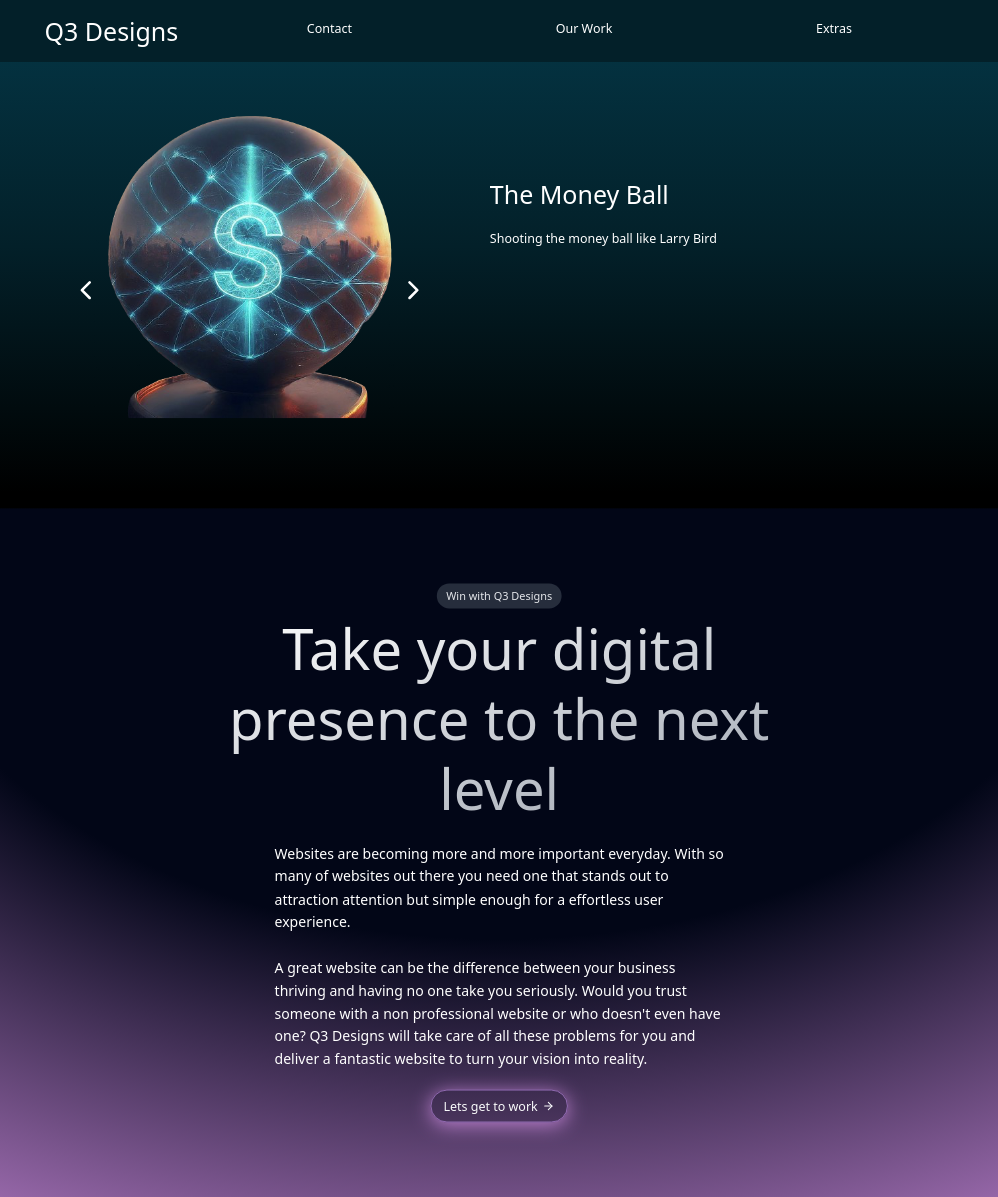
Repository: TMuse333/q3-desings2
Page: /
An editor plug-in stored every save of this project. The page is shown before and after the next save, followed by the edit.
The browser window is 1280 px wide. The pictures show the whole page, at 78% of full size.
The project was rebuilt for these pictures with package versions that can differ from the ones it lists, and the page was loaded fresh each time. Also part of the build but not shown: vite.config.ts, src/components/contact/contact.tsx.

Above is the page before, as saved 2024-05-17 18:47:37.

### src/main.tsx
import React from 'react'
import ReactDOM from 'react-dom/client'
import App from './App.js'
import './index.css'
import {ContextProvider} from './context/context'
import { BrowserRouter } from 'react-router-dom';
ReactDOM.createRoot(document.getElementById('root')!).render(
  <ContextProvider>
  <React.StrictMode>
    <BrowserRouter>
    <App />
    </BrowserRouter>
  </React.StrictMode>
  </ContextProvider>,
)

### src/App.tsx


import './App.css'

import Homepage from './components/homepage/homepage'
import {Route, Routes} from 'react-router-dom'
import Contact from './components/contact/contact'
function App() {


  return (
    <>
    <Routes>
      <Route path='/' element={<Homepage/>}/>
      <Route path='contact' element={<Contact/>}/>
    </Routes>

    </>
  )
}

export default App

### src/index.css
@tailwind base;
@tailwind components;
@tailwind utilities;

#root{
    background-color: black;
    height:100vh;
}

body{
    background-color: black;
}

button{
    padding:0.5rem 2rem;
    background-color: black;
    color:white;
    border-radius: 1rem;
}

h1{
    color:white;
    font-size: 2rem;
}

p{
    color:white;
    /* font-size: 1.5rem; */
}

button{
    background-color: #00769e;
}

.glow {
    box-shadow: 0 0 20px 5px #3e7384;
    box-shadow: 0 0 20px 5px #003647;
box-shadow: 0 0 20px 5px rgba(2, 148, 245, 0.5);
transition: box-shadow 0.3s ease-in, background-color 0.3s ease-in;
}

.glow:hover{
    box-shadow: 0 0 40px 5px rgba(2, 148, 245, 0.5);
    transition: box-shadow 0.3s ease-in, background-color 0.3s ease-in;
}

### src/context/context.tsx
import React, { createContext, useState, useContext, ReactNode, useEffect } from 'react';

// Define the type for the context value
interface GeneralContextType {
  textYPosition: number;
  setTextYPosition: React.Dispatch<React.SetStateAction<number>>;
  isMobile: boolean;
  setIsMobile: React.Dispatch<React.SetStateAction<boolean>>;
  setSecondCircleComplete:React.Dispatch<React.SetStateAction<boolean[]>>;
  secondCircleComplete: boolean[];
  isMobile2: boolean;
  setIsMobile2: React.Dispatch<React.SetStateAction<boolean>>;
  handleCircleComplete: (index: number, value: boolean) => void;
}

// Create the context
export const GeneralContext = createContext<GeneralContextType | undefined>(undefined);

// Create a provider component
export const ContextProvider: React.FC<{ children: ReactNode }> = ({ children }) => {
  // Initialize the value state
  const [textYPosition, setTextYPosition] = useState<number>(0);

  // Detect mobile devices
  const [isMobile, setIsMobile] = useState<boolean>(window.innerWidth <= 655);

  const [isMobile2, setIsMobile2] = useState<boolean>(window.innerWidth <= 655);

  const [secondCircleComplete, setSecondCircleComplete] = useState<boolean[]>(
    Array.from({ length: 7 }, () => false)
  );

  const handleCircleComplete = (index: number, value: boolean) => {
    setSecondCircleComplete((prev) => {
      const newState = [...prev]; // Create a copy of the previous state array
      newState[index] = value; // Update the value at the specified index
      return newState; // Return the new state array
    });
  };



  useEffect(() => {
    const handleScroll = () => {
      setIsMobile(window.innerWidth <= 655);
    };
    window.addEventListener('scroll', handleScroll);
    handleScroll();

    return () => {
      window.removeEventListener('scroll', handleScroll);
    };
  }, []);

  useEffect(() => {
    const handleScroll = () => {
      setIsMobile2(window.innerWidth <= 400);
    };
    window.addEventListener('scroll', handleScroll);
    handleScroll();

    return () => {
      window.removeEventListener('scroll', handleScroll);
    };
  }, []);

  useEffect(() => {
    console.log('is mobile', isMobile);
  }, [isMobile]);

  const contextValue = {
    textYPosition,
    setTextYPosition,
    isMobile,
    setIsMobile,
    secondCircleComplete,
    setSecondCircleComplete,
    isMobile2,
    setIsMobile2,
    handleCircleComplete
  };

  return <GeneralContext.Provider value={contextValue}>{children}</GeneralContext.Provider>;
};

export const useGeneralContext = (): GeneralContextType => {
  const context = useContext(GeneralContext);
  if (!context) {
    throw new Error('useGeneralContext must be used within a ContextProvider');
  }
  return context;
};

### src/App.css
#root {
  max-width: 1280px;
  margin: 0 auto;
  padding: 2rem;
  text-align: center;
}

.logo {
  height: 6em;
  padding: 1.5em;
  will-change: filter;
  transition: filter 300ms;
}
.logo:hover {
  filter: drop-shadow(0 0 2em #646cffaa);
}
.logo.react:hover {
  filter: drop-shadow(0 0 2em #61dafbaa);
}

.h1{
  color:red;
}

@keyframes logo-spin {
  from {
    transform: rotate(0deg);
  }
  to {
    transform: rotate(360deg);
  }
}

@media (prefers-reduced-motion: no-preference) {
  a:nth-of-type(2) .logo {
    animation: logo-spin infinite 20s linear;
  }
}

.card {
  padding: 2em;
}

.read-the-docs {
  color: #888;
}

### src/components/homepage/homepage.tsx
import React from "react";
import { CircleInfoGraphic } from "../circleInfographic/circleInfoGraphic";
import Content from "../content/content";
import q3 from '../../media/q3-visuals-logo-2.png'
import TextFormat from "../textFormat/textFormat";

// import { TextParallaxContentExample } from "../parallaxText/parallaxText";
import MultiLayerParallax from "../mountainParallax/mountainParallax";
// import ParticlesComponent from "../particles/particles";
import nobgLaptop from '../../media/Gemini_Generated_Image_r055a1r055a1r055-removebg-preview.png'
import moneyBall from '../../media/futuristic-money-ball-removebg-preview.png'
import { description1 } from "../../data/data";
import AlternatingText from "../alternatingText/alternatingText";

import CircleList from "../circleListElement/circleList";
import Carousel from "../carousel/carousel";
import { AuroraHero } from "../auroraHero/auroraHero";
import Navbar from "../navbar/navbar";

import lambo from '../../media/green-lambo-ref-2.svg'


const Homepage: React.FC = () => {

   const images = [
    {
        url:moneyBall,
        imageIndex:0,
        title:'The Money Ball',
        description:'Shooting the money ball like Larry Bird'
        }
    ,
    {
        url:q3,
        imageIndex:1,
        title:'The original Q3 Logo',
        description:'Inspired by the many trips the leader of Q3 Designs has taken to the quantum realm'
        }
    ,
    {
        url:nobgLaptop,
        imageIndex:2,
        title:'A Futuristic Laptop',
        description:'A smooth futuristic Laptop that shows the modern designs that Q3 Designs like to do'
        }

   ]


    // useEffect(() => {
    //     const loadTime = window.performance.timing.loadEventEnd - window.performance.timing.navigationStart;
    //     console.log('Page load time:', loadTime, 'milliseconds');
    // }, []);

    const workLinks = {
        title: 'Our Work',
        links: [
            {
                destination: 'custom-homes',
                name: 'Custom Homes'
            },
            {
                destination: 'commercial-construction',
                name: 'commercial construction'
            },
            {
                destination: 'retail-homes',
                name: 'Retail Homes'
            }
        ],
        secondaryLinks:[
            {
            destination:'dest1',
            name:'dest1'
        },
        {
            destination:'dest2',
            name:'dest2'
        },
        {
            destination:'dest3',
            name:'dest3'
        },
    ]
    };

    const contactLinks = {
        title: 'Contact',
        links: [
            {
                destination: 'contact',
                name: 'Email Us',

            }
        ],
        secondaryLinks:[
            {
            destination:'dest1',
            name:'dest1'
        },
        {
            destination:'dest2',
            name:'dest2'
        },
        {
            destination:'dest3',
            name:'dest3'
        },
    ]
    };

        const links = [
            workLinks,
            contactLinks
        ]

        const navLinks = [
            {
                name: 'Contact',

                secondaryLinks: [
                    { destination: 'dest1', name: 'Dest1' },
                    { destination: 'dest2', name: 'Dest2' },
                    { destination: 'dest3', name: 'Dest3' }
                ],
                listSubMenu:false
            },
            {
                name: 'Our Work',

                secondaryLinks: [
                    { destination: 'custom-homes', name: 'Web Design' },
                    { destination: 'commercial-construction', name: 'Logos' },
                    { destination: 'retail-homes', name: 'Software solutions' }
                ],
                listSubMenu:true
            },
            {
                name:'Extras',
                secondaryLinks: [
                    {
                        destination:'Focus-tactics',
                        name:'The value of focus'

                    },
                    {
                        destination:'Mastery',
                        name:'Master your craft'
                    },
                    {
                        destination:'Work-tolerance',
                        name:'Increasing Work Capacity'
                    }
                ],
                listSubMenu:false
            }
        ];






    return (
        <>
        {/* <div className="relative"> */}
        <Navbar
        links={navLinks}/>
            {/* </div> */}


        <section className="absolute top-[0%] left-0 w-screen h-screen z-2
     ">

{/* <img src={lambo}

 className='w-[23vw] ml-auto mr-auto mt-[15rem]'
 /> */}


            {/* <ParticlesComponent/> */}
            {/* <MultiLayerParallax/> */}


            {/* <div className="relative z-1 bg-gradient-to-b from-[#043747] via-[#032029] to-transparent w-screen">
            <Content
            mainTitle='Your digital presence is important'
            image={nobgLaptop}
            customText={null}
            reverse={true}
            description={description1}
            floatingImage={false}
            hasAnimation={false}
            />
            </div>

            <AlternatingText/>
            <div className="relative bg-gradient-to-b from-[#043747] via-[#032029] to-transparent w-screen">
            <Content
            mainTitle='Benefits of a website'
            image={moneyBall}
            customText={<TextFormat
            isAnimated={true}
            reverse={false}/>}
            reverse={false}
            description={null}
            floatingImage={true}
            hasAnimation={true}

            />
            </div>

<div className="relative bg-gradient-to-b from-[#043747] via-[#032029] to-transparent w-screen">
 <CircleList/>


</div> */}

{/* <div className="relative bg-gradient-to-b from-transparent via-[#043747] to-[#032029] w-screen
flex flex-col justify-center items-center">

<CircleInfoGraphic/>
</div> */}
<div className="relative bg-gradient-to-b from-[#043747] via-[#032029] to-transparent w-screen">


<h1 className="  bg-gradient-to-br from-white to-gray-400 bg-clip-text">Creating excellence</h1>
<p>We care deeply about the quality of all of our
    work, here are some of the projects we have done in the past!
</p>


<Carousel images={images}
hasDescription={true}
/>

</div>

<AuroraHero/>











        </section>
        </>
    )
}


export default Homepage

### src/components/carousel/carousel.tsx
import React, {useEffect, useState} from 'react'
import { ChevronLeft, ChevronRight } from "react-feather";
import {motion, AnimatePresence} from 'framer-motion'

interface CarouselProps {
    images:{
        url:string,
        imageIndex:number
        title:string,
        description:string


    }[],
    hasDescription?:boolean


}


const Carousel:React.FC<CarouselProps> = ({images,
hasDescription}) =>{

    const [shift,setShift] = useState<number>(0)

    const [currentImage, setCurrentImage] = useState<number>(0)


    const [leftEdgeShift, setLeftEdgeShift] = useState<number>(-100)

    function handlePrevClick(){

        if(shift === 0){
            setShift(-images.length + 1)
            setCurrentImage(images.length -1)
        }
        else{
            setShift(prev => prev + 1);
            setCurrentImage(prev => prev -1)
        }


    }

    function handleNextClick(){
        if(shift === -images.length +1){
            setShift(0)
            setCurrentImage(0)
        }

        else{
            setShift(prev => prev - 1);
            setCurrentImage(prev => prev + 1)
        }



}

        useEffect(()=> {
            if(shift === 0){
                console.warn('we are on left edge case')
            }
            else{
                console.warn('not on left edge case')
                setLeftEdgeShift((shift * 100) + (100 * images.length - 1))
            }
        })



    return (
        <>

        <section
        className='w-screen max-w-[1300px] relative
        flex flex-col md2:flex-row ml-auto mr-auto



          justify-center items-center

        mb-5'>



       <div className={`mt-10
        flex
       relative
       ${hasDescription ? 'md:w-[50%]' : 'w-[100%]'}`}>


        <section className='flex relative
        justify-center items-center ml-auto
        mr-auto w-[100vw]
        w-[70vw]
        max-h-[804px]
       h-[95vw]
        sm:h-[50vw] overflow-hidden
        max-w-[900px] z-3
        max-h-[420px]
        md:max-h-[520px]

        '>


        {images.map((image,index) => (
            <>

            {/*this dictates the height and width of the image*/}
   <div className='w-[90vw]
   sm:w-[70vw]
h-[80vw]
sm:h-[50vw]

     ml-auto
   mr-auto
   mb-auto
   max-h-[390px]
   md:max-h-[520px]
   absolute transition-transform duration-500


   '
   key={index}
   style={{
    transform: `translateX(${(shift * 100) + (100 * image.imageIndex)}%)`,
    transitionTimingFunction: 'cubic-bezier(0.48, -0.25, 0.17, 1.33)',
   }}
>
       <img

        src={image.url}
       className='w-[80%]
            max-w-[405px]
            max-h-[424px]
       h-[100%] object-cover
       object-bottom


       ml-auto mr-auto'/>
   </div>



   </>

        ))}
<div className='relative z-3
w-[100vw] flex justify-between
items-center

max-h-[434px]
////sm:w-[70vw]
max-w-[460px]

md:top-auto

'>

        <button className='bg-transparent p-0
'>
        <ChevronLeft
            onClick={handlePrevClick}
            size={40}/>
        </button>

        <button className=' bg-transparent p-0'>
            <ChevronRight
            size={40}
            onClick={handleNextClick}/>
        </button>
        </div>




         </section>

       </div>

       {hasDescription && (
      <AnimatePresence mode='wait'>
      <motion.div
        key={currentImage}
        className="w-[100%] relative
         md2:w-[50%] md:-translate-y-[5rem]
    ml-auto
    md2:-translate-x-[2rem]
        mr-auto
  "
        initial={{ opacity: 0 }}
        animate={{ opacity: 1 }}
        exit={{ opacity: 0 }}
        transition={{ duration: 0.7 }} // Adjust duration as needed
      >
        <h1 className='md2:text-left
        md2:pl-5'>{images[currentImage].title}</h1>
        <p className="text-white
        text-center pl-5 pr-5 pt-5
        md2:pr-0 pl-0 md2:text-left
       ">{images[currentImage].description}</p>
      </motion.div>
    </AnimatePresence>
       )}
       </section>


            </>

    )
}

export default Carousel

### src/components/auroraHero/auroraHero.tsx
// import { Stars } from "@react-three/drei";
// import { Canvas } from "@react-three/fiber";
import { useEffect } from "react";
import { FiArrowRight } from "react-icons/fi";
import {
  useMotionTemplate,
  useMotionValue,
  motion,
  animate,
} from "framer-motion";
import { Link } from "react-router-dom";

const COLORS_TOP = ["#13FFAA", "#1E67C6", "#CE84CF", "#DD335C"];

export const AuroraHero = () => {
  const color = useMotionValue(COLORS_TOP[0]);

  useEffect(() => {
    animate(color, COLORS_TOP, {
      ease: "easeInOut",
      duration: 10,
      repeat: Infinity,
      repeatType: "mirror",
    });
  }, []);

  const backgroundImage = useMotionTemplate`radial-gradient(125% 125% at 50% 0%, #020617 50%, ${color})`;
  const border = useMotionTemplate`1px solid ${color}`;
  const boxShadow = useMotionTemplate`0px 4px 24px ${color}`;

  return (
    <motion.section
      style={{
        backgroundImage,
      }}
      className="relative grid min-h-screen place-content-center overflow-hidden bg-gray-950 px-4 py-24 text-gray-200"
    >
      <div className="relative z-10 flex flex-col items-center">
        <span className="mb-1.5 inline-block rounded-full bg-gray-600/50 px-3 py-1.5 text-sm">
          Win with Q3 Designs
        </span>
        <h1 className="max-w-3xl bg-gradient-to-br from-white to-gray-400 bg-clip-text text-center text-3xl font-medium leading-tight text-transparent sm:text-5xl sm:leading-tight md:text-7xl md:leading-tight">
          Take your digital presence to the next level
        </h1>
        <p className="my-6 max-w-xl text-left  text-base leading-relaxed md:text-lg md:leading-relaxed">
        Websites are becoming more and more important everyday. With so many of websites out there you need one that stands out to attraction attention but simple enough for a effortless user experience.
<br/><br/>
A great website can be the difference between your business thriving and having no one take you seriously. Would you trust someone with a non professional website or who doesn't even have one? Q3 Designs will take care of all these problems for you and deliver a fantastic website to turn your vision into reality.
        </p>
        <Link to='/contact'>


        <motion.button
          style={{
            border,
            boxShadow,
          }}
          whileHover={{
            scale: 1.015,
          }}
          whileTap={{
            scale: 0.985,
          }}
          className="group relative flex w-fit items-center gap-1.5 rounded-full bg-gray-950/10 px-4 py-2 text-gray-50 transition-colors hover:bg-gray-950/50"
        >
          Lets get to work
          <FiArrowRight className="transition-transform group-hover:-rotate-45 group-active:-rotate-12" />
        </motion.button>
        </Link>
      </div>

      {/* <div className="absolute inset-0 z-0">
        <Canvas>
          <Stars radius={50} count={2500} factor={4} fade speed={2} />
        </Canvas>
      </div> */}
    </motion.section>
  );
};

Loaded but not shown: index.html (common file); tailwind.config.js (23 lines, source omitted); src/components/navbar/navbar.tsx (264 lines, source omitted)

After the next save:
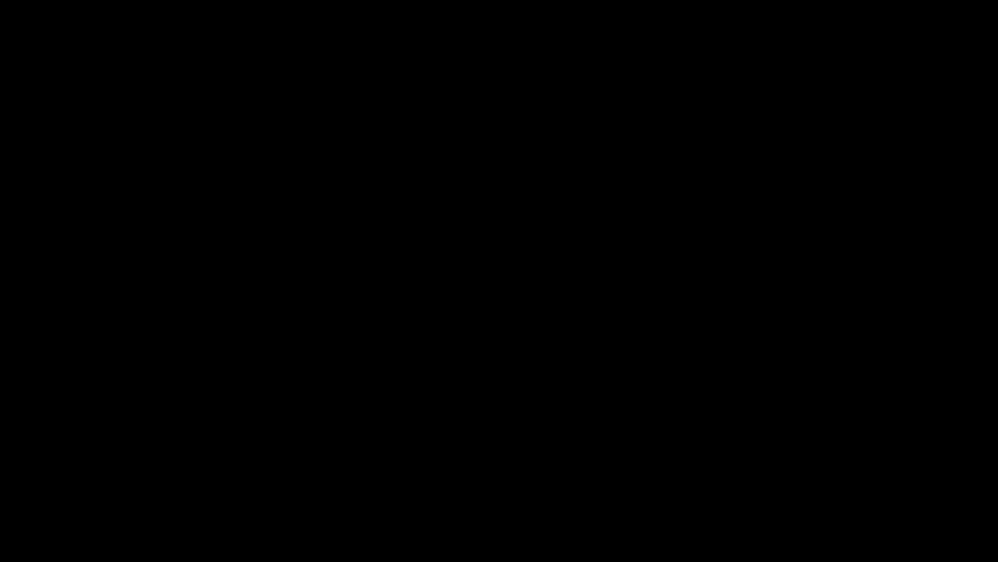
Console error: ReferenceError: se is not defined
Saved 6 s later.
--- a/src/components/carousel/carousel.tsx
+++ b/src/components/carousel/carousel.tsx
@@ -59,6 +59,7 @@
         useEffect(()=> {
             if(shift === 0){
                 console.warn('we are on left edge case')
+                se
             }
             else{
                 console.warn('not on left edge case')

After the save that followed:
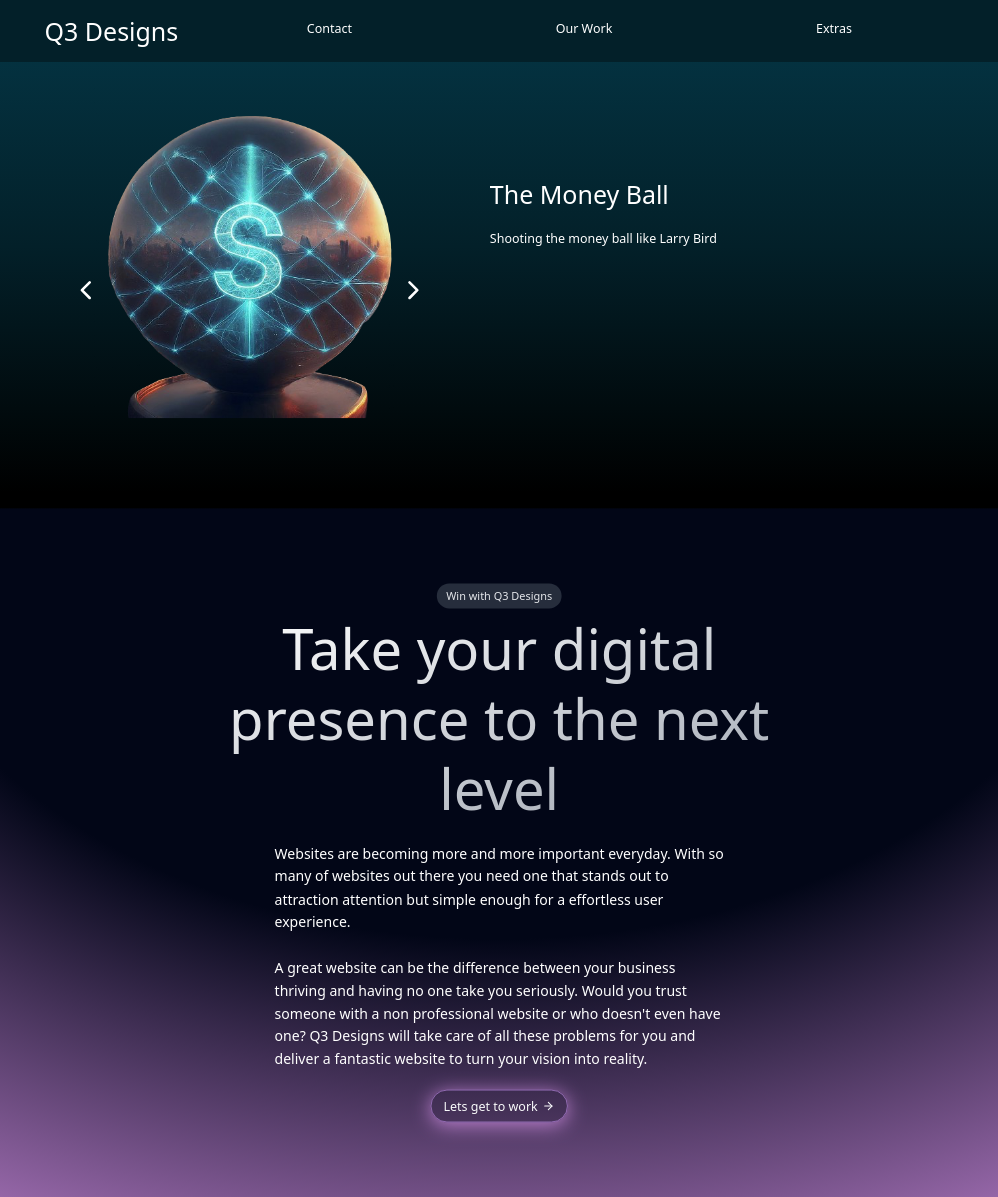
The error is gone.
Saved 4 s later.
--- a/src/components/carousel/carousel.tsx
+++ b/src/components/carousel/carousel.tsx
@@ -59,7 +59,7 @@
         useEffect(()=> {
             if(shift === 0){
                 console.warn('we are on left edge case')
-                se
+                setLeftEdgeShift(-100)
             }
             else{
                 console.warn('not on left edge case')
